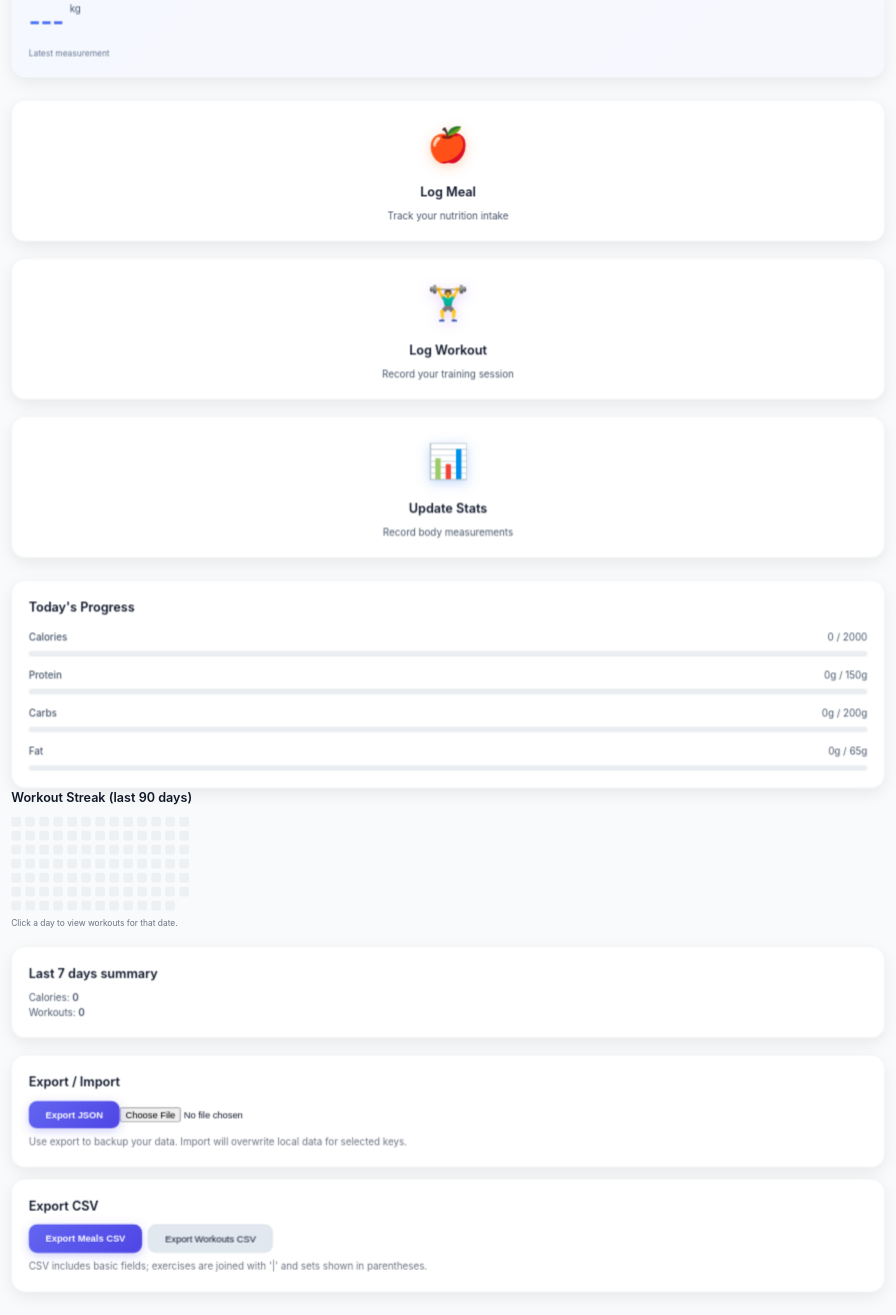
Repository: Apoorv888/Fitness-App
Page: /
These files come from the project's save history. The page is drawn as it stood at one moment and after the next save; the edit follows.
The browser window is 1280 px wide. The pictures show the part of the page from y = 1187 to 3107 px (the page is 3065 px tall before and 3107 px after), at 70% of full size.
Backgrounds fixed to the window are drawn as part of the page. The project was rebuilt for these pictures with package versions that can differ from the ones it lists, and the page was loaded fresh each time. Also part of the build but not shown: vite.config.ts, src/components/MealForm.tsx, src/components/MealList.tsx, src/components/GoalsForm.tsx, src/components/NutritionCharts.tsx, src/pages/Nutrition.tsx, src/components/WorkoutForm.tsx, src/components/WorkoutList.tsx and 9 more.

Above is the page before, as saved 2025-10-31 19:59:08.

After the next save:
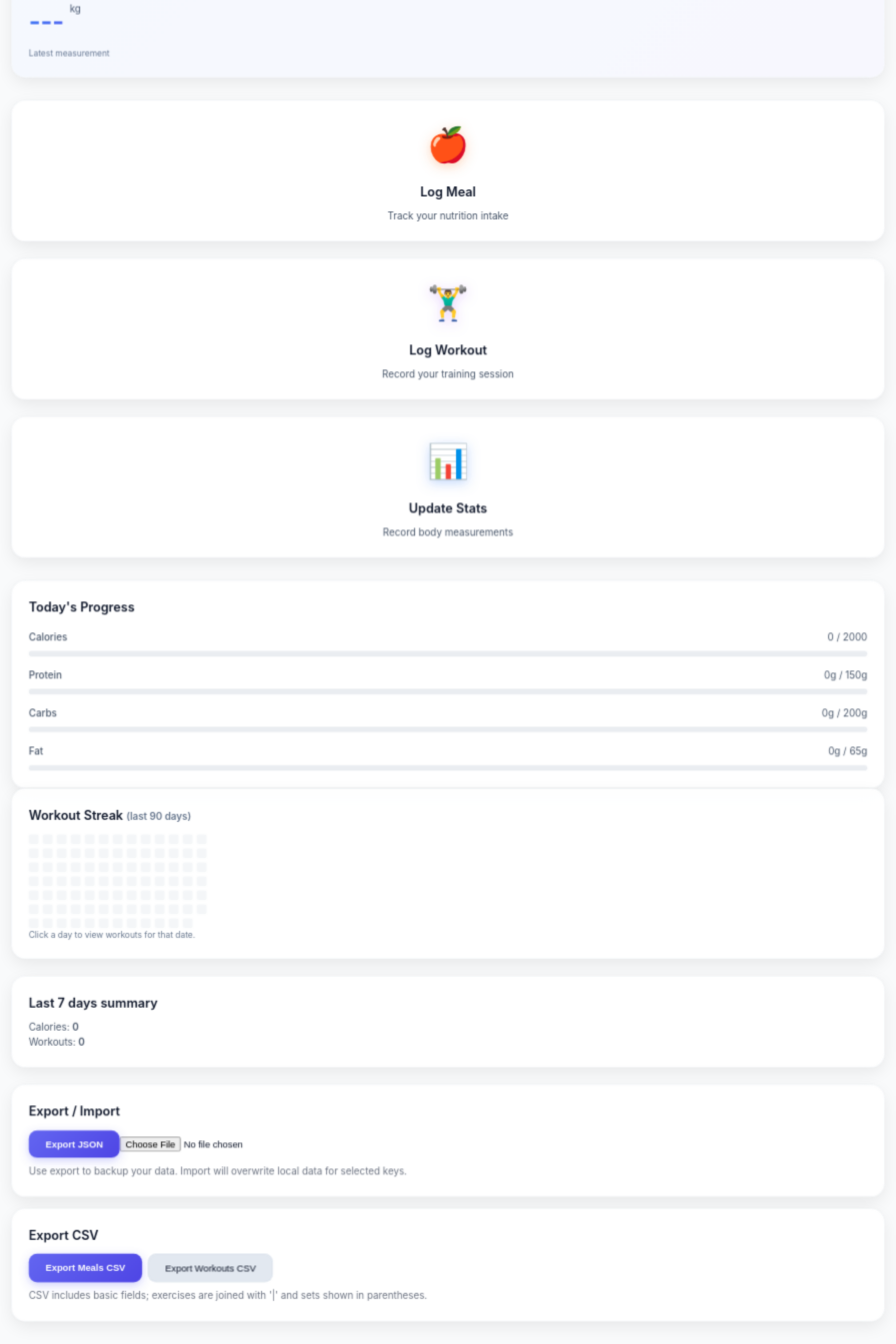
Saved 34 s later.
--- a/src/components/WorkoutHeatmap.tsx
+++ b/src/components/WorkoutHeatmap.tsx
@@ -64,8 +64,10 @@ export const WorkoutHeatmap: React.FC<{ days?: number }> = ({ days = 90 }) => {
   };
 
   return (
-    <div>
-      <h3 className="text-lg font-semibold text-gray-900 mb-3">Workout Streak (last {days} days)</h3>
+    <div className="card">
+      <h3 className="text-lg font-semibold mb-3" style={{ color: 'var(--text)' }}>
+        Workout Streak <span style={{ color: 'var(--muted)', fontSize: '14px' }}>(last {days} days)</span>
+      </h3>
       <div className="overflow-x-auto">
         <div className="flex items-start" style={{ gap: 6 }}>
           {weeks.map((week, ci) => (
@@ -87,6 +89,16 @@ export const WorkoutHeatmap: React.FC<{ days?: number }> = ({ days = 90 }) => {
                       background: colorFor(cell.count),
                       borderRadius: 3,
                       cursor: 'pointer',
+                      transition: 'all 0.3s ease',
+                      boxShadow: cell.count > 0 ? '0 0 8px rgba(99, 102, 241, 0.4)' : 'none'
+                    }}
+                    onMouseEnter={(e) => {
+                      e.currentTarget.style.transform = 'scale(1.2)';
+                      e.currentTarget.style.zIndex = '10';
+                    }}
+                    onMouseLeave={(e) => {
+                      e.currentTarget.style.transform = 'scale(1)';
+                      e.currentTarget.style.zIndex = '1';
                     }}
                     className="transition-shadow"
                   />
@@ -96,7 +108,7 @@ export const WorkoutHeatmap: React.FC<{ days?: number }> = ({ days = 90 }) => {
           ))}
         </div>
       </div>
-      <div className="text-xs text-gray-500 mt-2">Click a day to view workouts for that date.</div>
+      <div className="text-xs mt-3" style={{ color: 'var(--muted)' }}>Click a day to view workouts for that date.</div>
     </div>
   );
 };
